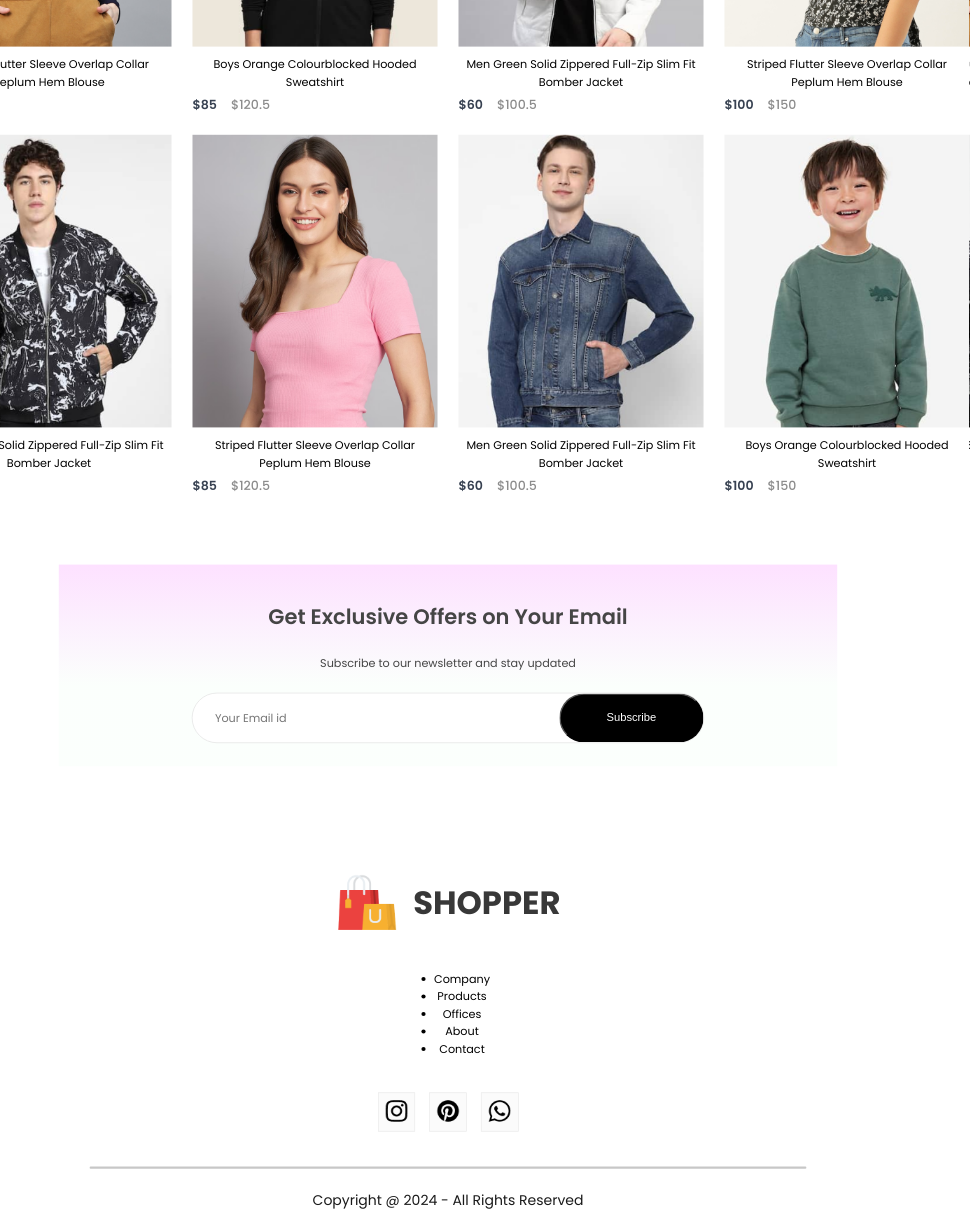
Repository: saritha55/EcommerceReactJs
Page: /
These files come from the project's save history. The page is drawn as it stood at one moment and after the next save; the edit follows.
The browser window is 1280 px wide. The page is 1385 px wide, so the pictures cover 1385 px, including what lies to the right of the window. The pictures show the part of the page from y = 2571 to 4331 px (the page is 4331 px tall before and 4236 px after), at 70% of full size.
The project was rebuilt for these pictures with package versions that can differ from the ones it lists, and the page was loaded fresh each time. Also part of the build but not shown: src/Pages/ShopCategory.jsx, src/Pages/Product.jsx, src/Pages/Cart.jsx, src/Pages/LoginSignup.jsx.

Above is the page before, as saved 2024-12-03 02:30:34.

### public/index.html
<!DOCTYPE html>
<html lang="en">
  <head>
    <meta charset="utf-8" />
    <link rel="icon" href="%PUBLIC_URL%/favicon.ico" />
    <meta name="viewport" content="width=device-width, initial-scale=1" />
    <meta name="theme-color" content="#000000" />
    <meta
      name="description"
      content="Web site created using create-react-app"
    />
    <link rel="apple-touch-icon" href="%PUBLIC_URL%/logo192.png" />
    <!--
      manifest.json provides metadata used when your web app is installed on a
      user's mobile device or desktop. See https://developers.google.com/web/fundamentals/web-app-manifest/
    -->
    <link rel="manifest" href="%PUBLIC_URL%/manifest.json" />

    <link rel="preconnect" href="https://fonts.googleapis.com">
    <link rel="preconnect" href="https://fonts.gstatic.com" crossorigin>
    <link href="https://fonts.googleapis.com/css2?family=Poppins:ital,wght@0,100;0,200;0,300;0,400;0,500;0,600;0,700;0,800;0,900;1,100;1,200;1,300;1,400;1,500;1,600;1,700;1,800;1,900&display=swap" rel="stylesheet">
    <!--
      Notice the use of %PUBLIC_URL% in the tags above.
      It will be replaced with the URL of the `public` folder during the build.
      Only files inside the `public` folder can be referenced from the HTML.

      Unlike "/favicon.ico" or "favicon.ico", "%PUBLIC_URL%/favicon.ico" will
      work correctly both with client-side routing and a non-root public URL.
      Learn how to configure a non-root public URL by running `npm run build`.
    -->
    <title>E-commerce</title>
  </head>
  <body>
    <noscript>You need to enable JavaScript to run this app.</noscript>
    <div id="root"></div>
    <!--
      This HTML file is a template.
      If you open it directly in the browser, you will see an empty page.

      You can add webfonts, meta tags, or analytics to this file.
      The build step will place the bundled scripts into the <body> tag.

      To begin the development, run `npm start` or `yarn start`.
      To create a production bundle, use `npm run build` or `yarn build`.
    -->
  </body>
</html>

### src/App.js
import './App.css';
import Navbar from './Components/Navbar/Navbar';
import { BrowserRouter, Routes,Route } from 'react-router-dom';
import Shop from './Pages/Shop';
import ShopCategory
 from './Pages/ShopCategory';
import Product from './Pages/Product';
import Cart from './Pages/Cart';
import LoginSignup from './Pages/LoginSignup';

function App() {
  return (
    <div className="App">
      <BrowserRouter>
      <Navbar />
      <Routes>
        <Route path ='/' element={<Shop/>} />
        <Route path ='/mens' element={<ShopCategory category="men"/>} />
        <Route path ='/womens' element={<ShopCategory category="women"/>} />
        <Route path ='/kids' element={<ShopCategory category="kid"/>} />
        <Route path="product" element={<Product/>}>
            <Route path=':productId' element={<Product/>} />
        </Route>
        <Route path ='/cart' element={<Cart/>} />
        <Route path ='/login' element={<LoginSignup/>} />

      </Routes>
      </BrowserRouter>
    </div>
  );
}

export default App;

### src/Components/Navbar/Navbar.jsx
import React from 'react'
import { useState } from 'react'
import './Navbar.css'
import logo from '../Assets/logo.png'
import cart_icon from '../Assets/cart_icon.png'
import { Link } from 'react-router-dom'

const Navbar = () => {

    const [menu,setMenu] = useState("shop");

  return (
    <div className='navbar'>
      <div className="nav-logo">
        <img src={logo} alt="" />
        <p>SHOPPER</p>
      </div>
      <ul className="nav-menu">
        <li onClick={()=>{setMenu("shop")}} > <Link  style={{ textDecoration: 'none'}} to='/'>Shop</Link> {menu==="shop"?<hr/>:<></>} </li>
        <li onClick={()=>{setMenu("mens")}}><Link style={{ textDecoration: 'none'}} to='/mens'>Men </Link>{menu==="mens"?<hr/>:<></>}</li>
        <li onClick={()=>{setMenu("womens")}}><Link style={{ textDecoration: 'none'}} to='/womens'>Women </Link> {menu==="womens"?<hr/>:<></>}</li>
        <li onClick={()=>{setMenu("kids")}}> <Link style={{ textDecoration: 'none'}} to='/kids'>Kids</Link> {menu==="kids"?<hr/>:<></>}</li>
      </ul>
      <div className="nav-login-cart">
        <Link to='/login'><button>Login</button></Link>
        <Link to='/cart'><img src={cart_icon} alt="" /></Link>
        <div className="nav-cart-count">0</div>
      </div>
    </div>
  )
}

export default Navbar

### src/Pages/Shop.jsx
import React from 'react'
import Hero from '../Components/Hero/Hero'
import Popular from '../Components/Popular/Popular'
import Offers from '../Components/Offers/Offers'
import NewCollections from '../Components/NewCollections/NewCollections'
import NewsLetter from '../Components/NewsLetter/NewsLetter'
import Footer from '../Components/Footer/Footer'

const Shop = () => {
  return (
    <div>
      <Hero/>
      <Popular/>
      <Offers/>
      <NewCollections/>
      <NewsLetter/>
      <Footer/>
    </div>
  )
}

export default Shop

### src/Components/Navbar/Navbar.css
.navbar{
    display: flex;
    justify-content: space-around;
    padding: 16px;
    box-shadow: 0 1px 3px -2px black;
}

.nav-logo{
    display: flex;
    align-items: center;
    gap: 10px;
}
.nav-logo p{
    color: #171717;
    font-size: 38px;
    font-weight: 600;
}
.nav-menu{
    display: flex;
    align-items: center;
    list-style: none;
    gap: 50px;
    color: #626262;
    font-size: 20px;
    font-weight: 500;
}
.nav-menu li{
    display: flex;
    flex-direction: column;
    align-items: center;
    gap: 3px;
    cursor: pointer;
}
.nav-menu hr{
    border: none;
    width: 80%;
    height: 3px;
    border-radius: 10px;
    background: #ff4141;
}
.nav-login-cart{
    display: flex;
    align-items: center;
    gap: 45px;
}
.nav-login-cart button{
    width: 157px;
    height: 58px;
    outline: none;
    border: 1px solid #7a7a7a;
    border-radius: 75px;
    color: #515151;
    font-size: 20px;
    font-weight: 500;
    background: white;
    cursor: pointer;

}
.nav-login-cart button:active{
    background: #f3f3f3;
}
.nav-cart-count{
    width: 22px;
    height: 22px;
    display: flex;
    justify-content: center;
    align-items: center;
    margin-top: -35px;
    margin-left: -55px;
    border-radius: 11px;
    font-size: 14px;
    background: red;
    color: white;
}

### src/Components/Hero/Hero.jsx
import React from 'react'
import './Hero.css'
import hand_icon from '../Assets/hand_icon.png'
import arrow_icon from '../Assets/arrow.png'
import hero_image from '../Assets/hero_image.png'

const Hero = () => {
  return (
    <div className='hero'>
      <div className="hero-left">
        <h2>New ARRIVALS ONLY</h2>
        <div>
            <div className="hero-hand-icon">
                <p>new</p>
                <img src={hand_icon} alt="" />
            </div>
            <p>Collections</p>
            <p>for everyone</p>
        </div>
        <div className="hero-latest-btn">
            <div>Latest Collection</div>
            <img src={arrow_icon} alt="" />
        </div>
      </div>
      <div className="hero-right">
        <img src={hero_image} alt="" />

      </div>
    </div>
  )
}

export default Hero

### src/Components/Popular/Popular.jsx
import React from 'react'
import './Popular.css'
import data_product from '../Assets/data'
import Item from '../Item/Item'


const Popular = () => {
  return (
    <div className='popular'>
      <h1>POPULAR IN WOMEN</h1>
      <hr />
      <div className="popular-item">
        {data_product.map((item,i)=>{
            return <Item key={i} id={item.id} name={item.name} image={item.image} new_price={item.new_price} old_price={item.old_price} />
        })}
      </div>
    </div>
  )
}

export default Popular

### src/Components/Offers/Offers.jsx
import React from 'react'
import './Offers.css'
import exclusive_image from '../Assets/exclusive_image.png'

const Offers = () => {
  return (
    <div className='offers'>
      <div className="offers-left">
        <h1>Exclusive</h1>
        <h1>Offers For You</h1>
        <p>ONLY ON BEST SELLERS PRODUCTS</p>
        <button>Check Now</button>
      </div>
      <div className="offers-right">
            <img src={exclusive_image} alt="" />
      </div>
    </div>
  )
}

export default Offers

### src/Components/NewCollections/NewCollections.jsx
import React from 'react'
import './NewCollections.css'
import new_collection from '../Assets/new_collections'
import Item from '../Item/Item'

const NewCollections = () => {
  return (
    <div className='newcollections'>
      <h1>NEW COLLECTIONS</h1>
      <hr />
      <div className="collections">
      {new_collection.map((item,i)=>{
            return <Item key={i} id={item.id} name={item.name} image={item.image} new_price={item.new_price} old_price={item.old_price} />
        })}
      </div>
    </div>
  )
}

export default NewCollections

### src/Components/NewsLetter/NewsLetter.jsx
import React from 'react'
import './NewsLetter.css'

const NewsLetter = () => {
  return (
    <div className='newsletter'>
      <h1>Get Exclusive Offers on Your Email</h1>
      <p>Subscribe to our newsletter and stay updated</p>
      <div>
        <input type="email" placeholder='Your Email id' />
        <button>Subscribe</button>

      </div>
    </div>
  )
}

export default NewsLetter

### src/Components/Footer/Footer.jsx
import React from 'react'
import './Footer.css'
import footer_logo from '../Assets/logo_big.png'
import instagram_icon from '../Assets/instagram_icon.png'
import pintester_icon from '../Assets/pintester_icon.png'
import whatsapp_icon from '../Assets/whatsapp_icon.png'

const Footer = () => {
  return (
    <div className='footer'>
      <div className="footer-logo">
        <img src={footer_logo} alt="" />
        <p>SHOPPER</p>
      </div>
      <ul className="footerlinks">
        <li>Company</li>
        <li>Products</li>
        <li>Offices</li>
        <li>About</li>
        <li>Contact</li>
      </ul>
      <div className="footer-social-icon">
        <div className="footer-icons-container">
            <img src={instagram_icon} alt="" />
        </div>
        <div className="footer-icons-container">
            <img src={pintester_icon} alt="" />
        </div>
        <div className="footer-icons-container">
            <img src={whatsapp_icon} alt="" />
        </div>
      </div>
      <div className="footer-copyright">
        <hr />
        <p>Copyright @ 2024 - All Rights Reserved</p>
      </div>
    </div>
  )
}

export default Footer

### src/Components/Hero/Hero.css
.hero{
    height: 100vh;
    background: linear-gradient(180deg, #fde1ff, #e1ffea22 60%);
    display: flex;

}
.hero-left{
    flex: 1;
    display: flex;
    flex-direction: column;
    justify-content: center;
    gap: 20px;
    padding-left: 180px;
    line-height: 1.1;

}
.hero-left h2{
    color: #090909;
    font-size: 26px;
    font-weight: 600;
}
.hero-left p{
    color: #171717;
    font-size: 45px;
    font-weight: 700;
}
.hero-hand-icon{
   display: flex;
   align-items: center;
   gap: 20px;
}
.hero-hand-icon img{
    width: 105px;
}
.hero-latest-btn{
    display: flex;
    justify-content: center;
    align-items: center;
    gap: 15px;
    width: 310px;
    height: 70px;
    border-radius: 75px;
    margin-top: 30px;
    background: #ff4141;
    color: white;
    font-size: 22px;
    font-weight: 500;

}
.hero-right{
    flex: 1;
    display: flex;
    align-items: center;
    justify-content: center;
}
.hero-right img{
    width: 80%;

}

### src/Components/Popular/Popular.css
.popular{
    display: flex;
    flex-direction: column;
    align-items: center;
    gap: 10px;
    height: 90vh;
}

.popular h1{
    color: #171717;
    font-size: 50px;
    font-weight: 600;
}
.popular hr{
    width: 200px;
    height: 6px;
    border-radius: 10px;
    background: #252525;
}

.popular-item{
    margin-top: 50px;
    display: flex;
    gap: 30px;
}

### src/Components/Assets/data.js
import p1_img from './product_1.png'
import p2_img from './product_2.png'
import p3_img from './product_3.png'
import p4_img from './product_4.png'

let data_product = [
  {
    id:1,
    name:"Striped Flutter Sleeve Overlap Collar Peplum Hem Blouse",
    image:p1_img,
    new_price:50.00,
    old_price:80.50,
  },
  {id:2,
    name:"Striped Flutter Sleeve Overlap Collar Peplum Hem Blouse",
    image:p2_img,
    new_price:85.00,
    old_price:120.50,
  },
  {id:3,
    name:"Striped Flutter Sleeve Overlap Collar Peplum Hem Blouse",
    image:p3_img,
    new_price:60.00,
    old_price:100.50,
  },
  {id:4,
    name:"Striped Flutter Sleeve Overlap Collar Peplum Hem Blouse",
    image:p4_img,
    new_price:100.00,
    old_price:150.00,
  },
];

export default data_product;

### src/Components/Item/Item.jsx
import React from 'react'
import './Item.css'

const Item = (props) => {
  return (
    <div className='item'>
        <img src={props.image} alt="" />
        <p>{props.name}</p>
        <div className="item-prices">
            <div className="item-price-new">
                ${props.new_price}
            </div>
            <div className="item-price-old">
                ${props.old_price}
            </div>

        </div>

    </div>
  )
}

export default Item

### src/Components/Offers/Offers.css
.offers{
    width: 65%;
    height: 60vh;
    display: flex;
    margin: auto;
    padding: 0px 140px;
    margin-bottom: 150px;
    background: linear-gradient(180deg, #fde1ff 0%,#e1ffea22 60%);

}
.offers-left{
    flex: 1;
    display: flex;
    flex-direction: column;
    justify-content: center;
}
.offers-left h1{
    color: #171717;
    font-size: 80px;
    font-weight: 600;
}
.offers-left p{
    color: #171717;
    font-size: 22px;
    font-weight: 600;
}
.offers-left button{
    width: 282px;
    height: 70px;
    border-radius: 35px;
    background: #ff4141;
    border: none;
    color: white;
    font-size: 22px;
    font-weight: 500;
    margin-top: 30px;
    cursor: pointer;

}
.offers-right{
    flex: 1;
    display: flex;
    align-items: center;
    justify-content: flex-end;
    padding-top: 50px;
}

### src/Components/NewCollections/NewCollections.css
.newcollections{
    display: flex;
    flex-direction: column;
    align-items: center;
    gap: 20px;
    margin-bottom: 100px;
}

.newcollections h1{
    color: #171717;
    font-size: 50px;
    font-weight: 600;
}
.newcollections hr{
    width: 200px;
    height: 6px;
    border-radius: 10px;
    background: #252525;
}

.collections{
    display: grid;
    grid-template-columns: 1fr 1fr 1fr 1fr;
    margin-top: 50px;
    gap: 30px;
}

### src/Components/Assets/new_collections.js
import p1_img from "./product_12.png";
import p2_img from "./product_35.png";
import p3_img from "./product_14.png";
import p4_img from "./product_8.png";
import p5_img from "./product_15.png";
import p6_img from "./product_2.png";
import p7_img from "./product_17.png";
import p8_img from "./product_28.png";

let new_collections = [
  {
    id: 12,
    name: "Striped Flutter Sleeve Overlap Collar Peplum Hem Blouse",
    image: p1_img,
    new_price: 50.0,
    old_price: 80.5,
  },
  {
    id: 35,
    name: "Boys Orange Colourblocked Hooded Sweatshirt",
    image: p2_img,
    new_price: 85.0,
    old_price: 120.5,
  },
  {
    id: 14,
    name: "Men Green Solid Zippered Full-Zip Slim Fit Bomber Jacket",
    image: p3_img,
    new_price: 60.0,
    old_price: 100.5,
  },
  {
    id: 8,
    name: "Striped Flutter Sleeve Overlap Collar Peplum Hem Blouse",
    image: p4_img,
    new_price: 100.0,
    old_price: 150.0,
  },
  {
    id: 15,
    name: "Men Green Solid Zippered Full-Zip Slim Fit Bomber Jacket",
    image: p5_img,
    new_price: 50.0,
    old_price: 80.5,
  },
  {
    id: 2,
    name: "Striped Flutter Sleeve Overlap Collar Peplum Hem Blouse",
    image: p6_img,
    new_price: 85.0,
    old_price: 120.5,
  },
  {
    id: 17,
    name: "Men Green Solid Zippered Full-Zip Slim Fit Bomber Jacket",
    image: p7_img,
    new_price: 60.0,
    old_price: 100.5,
  },
  {
    id: 28,
    name: "Boys Orange Colourblocked Hooded Sweatshirt",
    image: p8_img,
    new_price: 100.0,
    old_price: 150.0,
  },
];

export default new_collections;

### src/Components/NewsLetter/NewsLetter.css
.newsletter{
    width: 65%;
    height: 40vh;
    display: flex;
    flex-direction: column;
    align-items: center;
    justify-content: center;
    margin: auto;
    padding: 0px 140px;
    margin-bottom: 150px;
    background: linear-gradient(180deg, #fde1ff 0%,
    #e1ffea22 60%);
    gap: 30px;

}

.newsletter h1{
    color: #454545;
    font-size: 30px;
    font-weight: 600;
    margin-top: 20px;

}

.newsletter p{
    color: #454545;
    font-size: 16px;
}

.newsletter div{
    display: flex;
    align-items: center;
    justify-content: space-between;
    background: white;
    width: 730px;
    height: 70px;
    border-radius: 80px;
    border: 1px solid #e3e3e3;

}
.newsletter input{
    width: 500px;
    margin-left: 30px;
    border: none;
    outline: none;
    color: #616161;
    font-family: 'poppins';
    font-size: 16px;
}

.newsletter div button{
    width: 210px;
    height: 70px;
    border-radius: 80px;
    background: black;
    color: white;
    font-size: 16px;
    cursor: pointer;
}

### src/Components/Footer/Footer.css
.footer{
    display: flex;
    flex-direction: column;
    justify-content: center;
    align-items: center;
    gap: 50px;
}

.footer-logo{
    display: flex;
    align-items: center;
    gap: 20px;

}
.footer-logo p{
    color: #383838;
    font-size: 46px;
    font-weight: 700;

}
.footer-links{
    display: flex;
    list-style: none;
    gap: 50px;
    color: #252525;
    font-size: 20px;

}

.footer-links li{
    cursor: pointer;
}

.footer-social-icon{
    display: flex;
    gap: 20px;
}
.footer-icons-container{
    padding: 10px;
    padding-bottom: 6px;
    background: #fbfbfb;
    border: 1px solid #ebebeb;
}

.footer-copyright{
    display: flex;
    flex-direction: column;
    align-items: center;
    gap: 30px;
    width: 100%;
    margin-bottom: 30px;
    color: #1a1a1a;
    font-size: 20px;
}
.footer-copyright hr{
    width: 80%;
    border: none;
    border-radius: 10px;
    height: 3px;
    background: #c7c7c7;
}

### src/Components/Item/Item.css
.item{
    width: 350px;
}

.item p{
    margin: 6px 0px;

}

.item-prices{
    display: flex;
    gap: 20px;
}
.item-price-new{
    color: #374151;
    font-size: 18px;
    font-weight: 600;
}
.item-price-old{
    color: #8c8c8c;
    font-size: 18px;
    font-weight: 500;
}

Loaded but not shown: src/index.js (common file); src/index.css (common file); src/reportWebVitals.js (common file); src/App.css (common file)

After the next save:
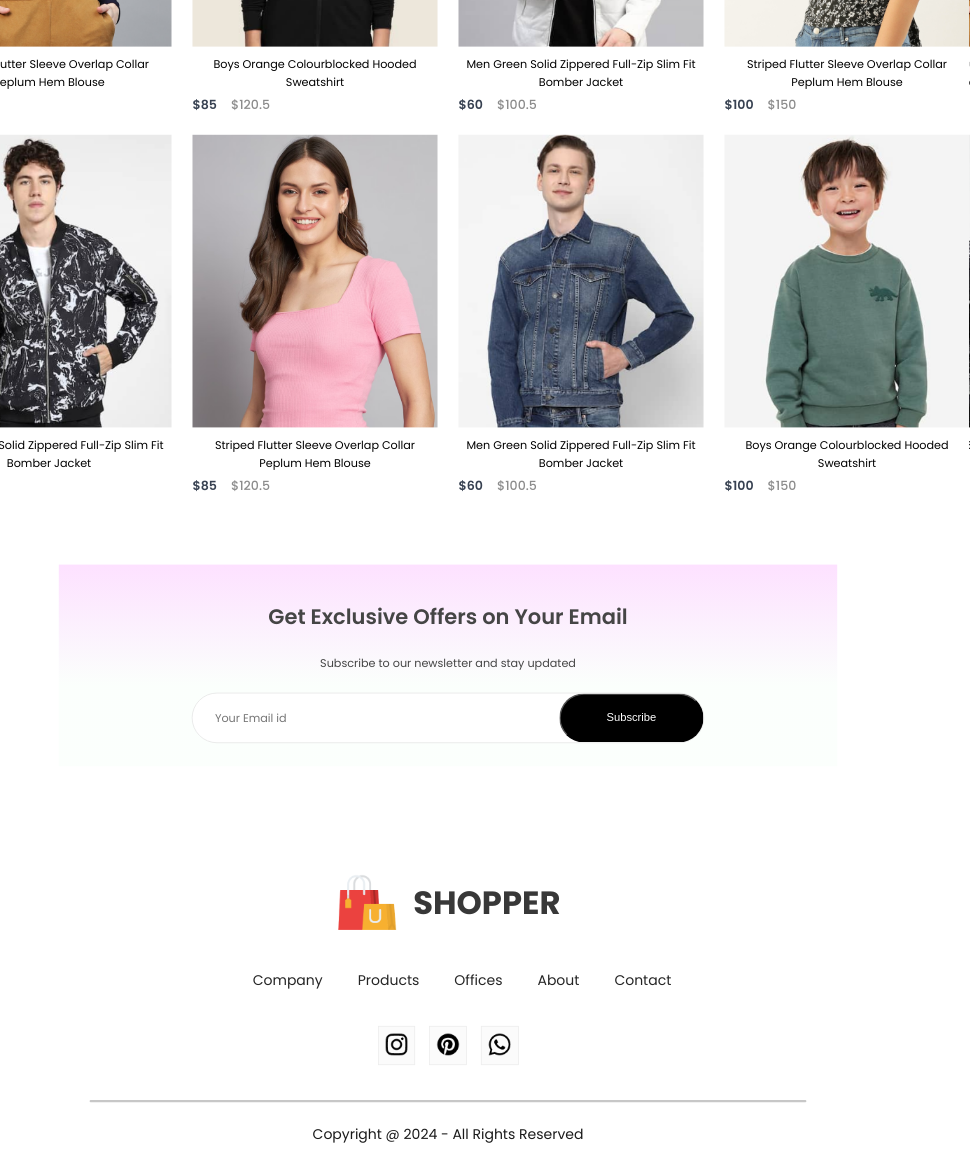
Saved 37 s later.
--- a/src/Components/Footer/Footer.jsx
+++ b/src/Components/Footer/Footer.jsx
@@ -12,7 +12,7 @@
         <img src={footer_logo} alt="" />
         <p>SHOPPER</p>
       </div>
-      <ul className="footerlinks">
+      <ul className="footer-links">
         <li>Company</li>
         <li>Products</li>
         <li>Offices</li>
